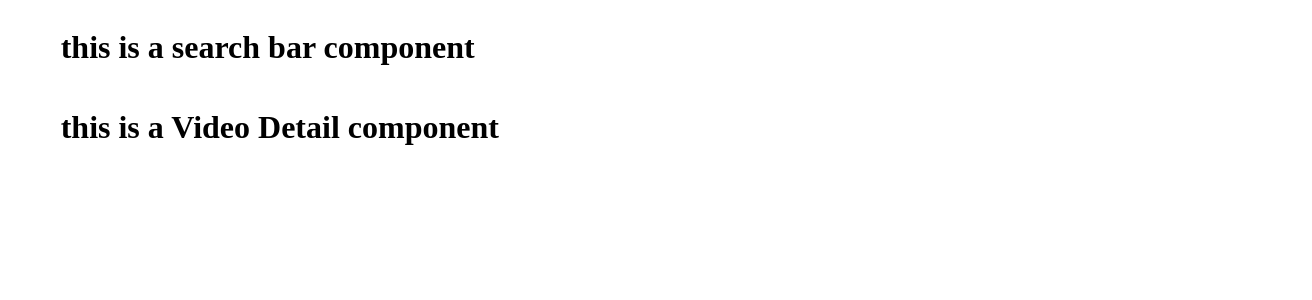
Repository: Ellisvelandia/youtube-clone
Page: /
An editor plug-in stored every save of this project. The page is shown before and after a run of saves, followed by the edit.
The browser window is 1280 px wide. The page is 1280 px wide, then 1312 px, so the pictures cover 1312 px, including what lies to the right of the window. The pictures show the whole page.
The project was rebuilt for these pictures with package versions that can differ from the ones it lists, and the page was loaded fresh each time.

Above is the page before, as saved 2022-08-16 22:37:46.

After the next 6 saves:
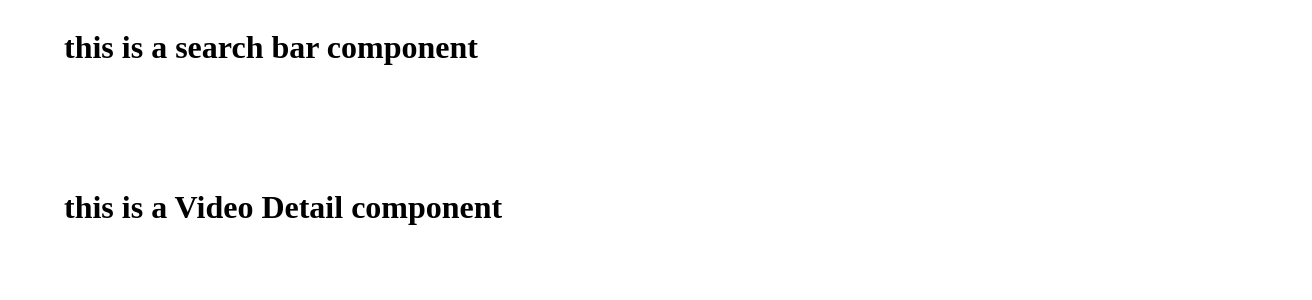
The 6 saves are shown as one change because 4 did not build or start and some came seconds apart.
The last was saved 56 min 3 s later.
--- a/src/App.js
+++ b/src/App.js
@@ -7,13 +7,20 @@ import { SearchBar, VideoDetail } from "./components/index";
 import youtube from "./api/youtube";
 
 class App extends React.Component {
+handleSubmit = async (SearchTerm) => {
+const response = await youtube.get('search', {params: {q: searchTerm}});
+
+    console.log(response);
+  }
+
+
   render() {
     return (
-      <Grid justify="center" container spacing={16}>
+      <Grid justify="center" container spacing={10}>
         <Grid item xs={11}>
-          <Grid container spacing={16}>
+          <Grid container spacing={10}>
             <Grid item xs={12}>
-              <SearchBar />
+              <SearchBar onFormSubmit={this.handleSubmit} />
             </Grid>
             <Grid item xs={8}>
               <VideoDetail />
